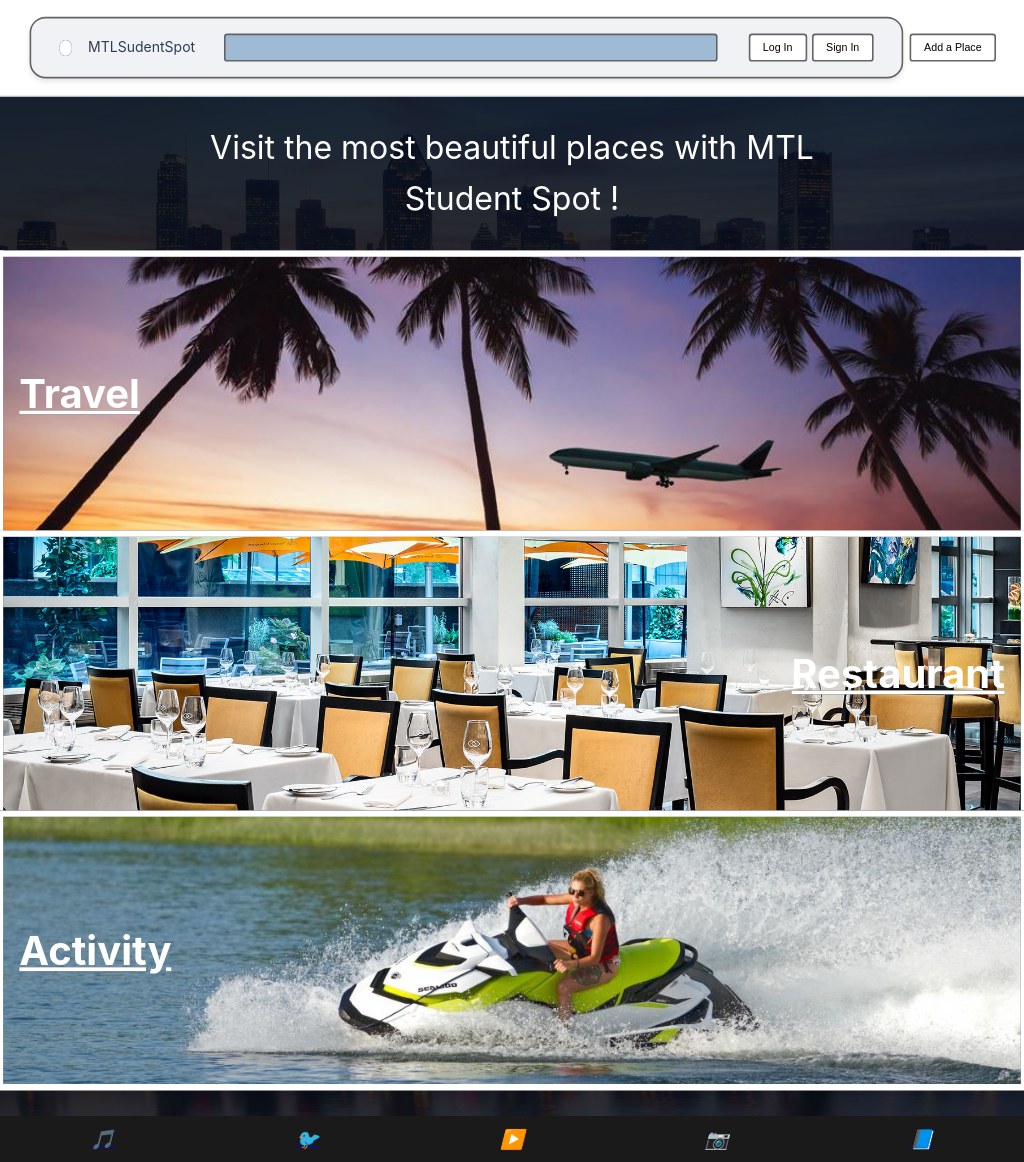
Repository: KevMn6ix/MOD8-2232-GRA-Damois-Leroi--Morant-Munto
Page: / (app in client/)
The author's editor kept a copy of each file at every save. The page is drawn from the files as they stood at one save, then again after the next save.
The browser window is 1280 px wide. The pictures show the whole page, at 80% of full size.
The project was rebuilt for these pictures with package versions that can differ from the ones it lists, and the page was loaded fresh each time. Also part of the build but not shown: client/vite.config.js, client/src/components/HelloWorld.vue, client/src/services/Api.js, client/src/services/AuthentificationService.js, client/src/components/Login.vue, client/src/views/LoginPage.vue, client/src/components/PlaceItem.vue, client/src/components/PlaceList.vue.

Above is the page before, as saved 2023-10-18 14:58:19.

After the next save:
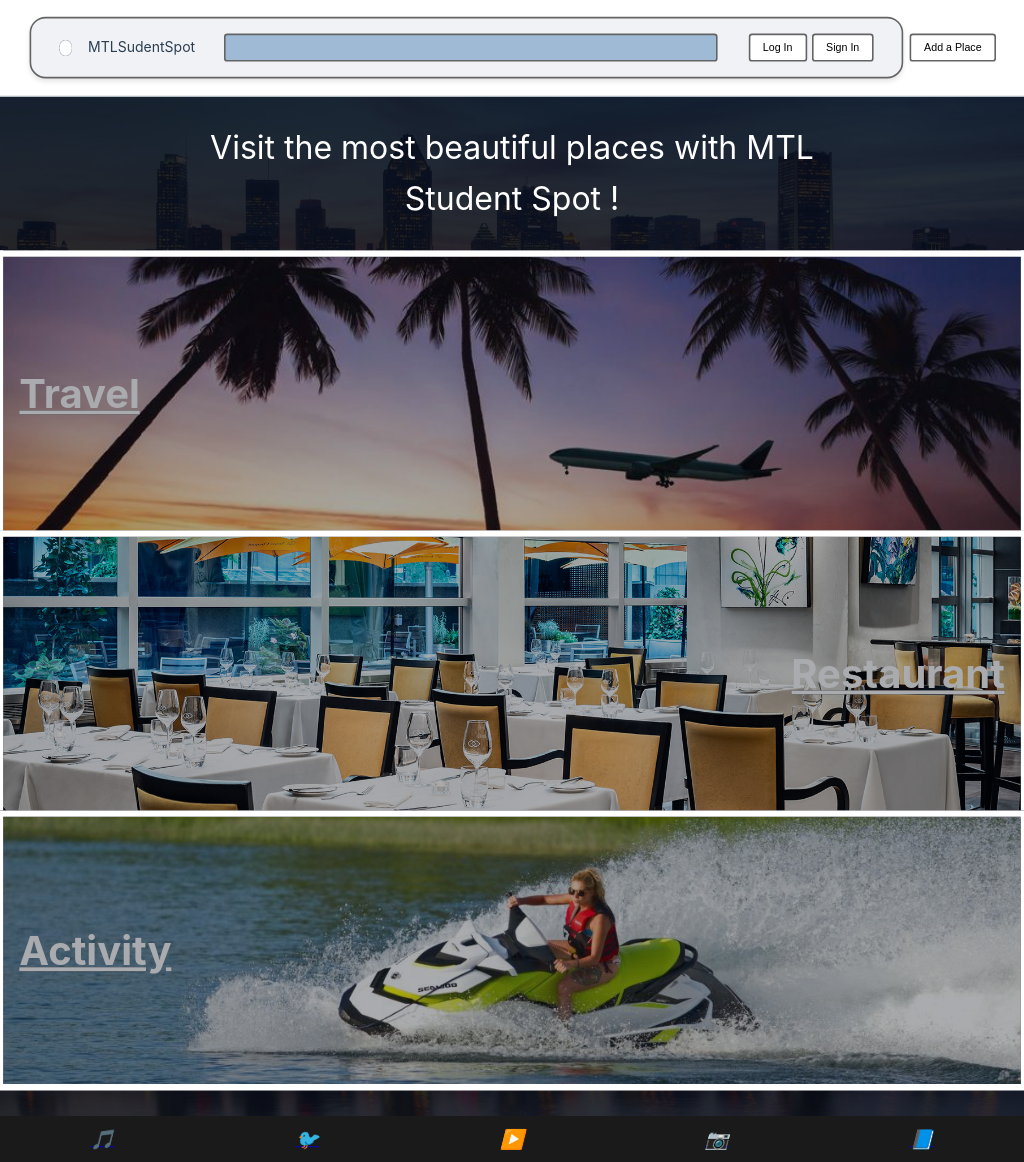
Saved 21 s later.
--- a/client/src/views/HomeView.vue
+++ b/client/src/views/HomeView.vue
@@ -170,6 +170,7 @@ ul#browse li {
   border-left: 4px solid #fff;
   border-bottom: 0px;
   transition: background-color 0.3s ease;
+  background-color: rgba(2, 7, 16, 0.84);
   height: 350px;
   background-size: cover;
   display: flex;
@@ -222,7 +223,6 @@ ul#browse li > * {
 #restaurant, #travel, #activity {
     background-size: cover;
     position: relative;
-    background-color: rgba(45, 104, 212, 0.84);
 }
 
 #restaurant::before, #travel::before, #activity::before {
@@ -233,7 +233,7 @@ ul#browse li > * {
     right: 0;
     bottom: 0;
     left: 0;
-
+    background-color: inherit;
     opacity: 0.40;
     pointer-events: none;
 }
@@ -241,7 +241,6 @@ ul#browse li > * {
 
 #restaurant {
     background-image: url('../assets/restaurant.jpg');
-
     background-color: var(--color-background-default);
     background-position: center;
     justify-content: flex-end;
